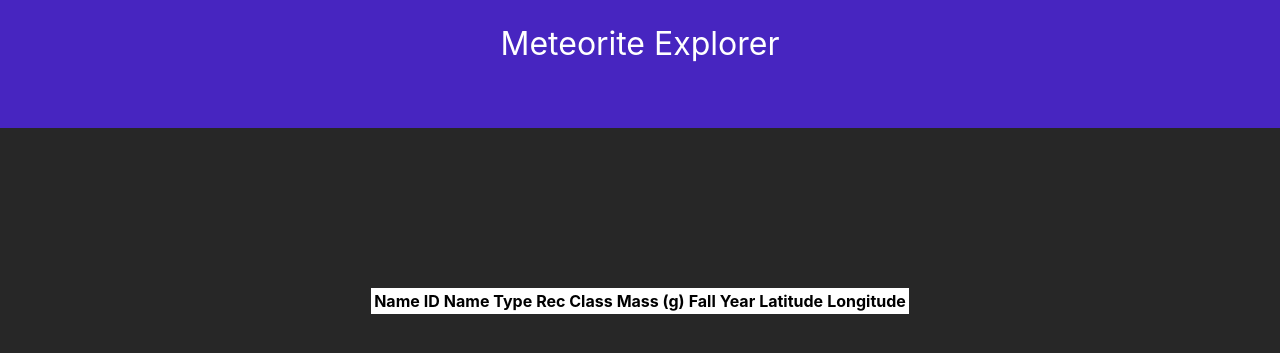
Repository: Tsardines/meteorite-explorer
Page: / (app in meteorite-explorer/)
The author's editor kept a copy of each file at every save. The page is drawn from the files as they stood at one save, then again after the next save.
The browser window is 1280 px wide. The pictures show the whole page.
The page's requests for data from a server got no answer. The project was rebuilt for these pictures with package versions that can differ from the ones it lists, and the page was loaded fresh each time. No one was signed in, and anything a server would have sent is missing.

Above is the page before, as saved 2019-05-27 16:42:36.

After the next save:
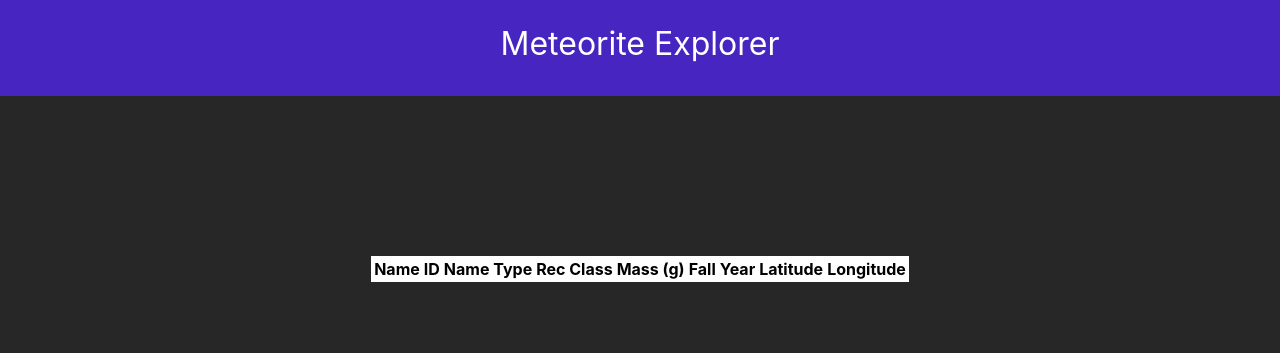
Saved 8 s later.
--- a/meteorite-explorer/src/App.css
+++ b/meteorite-explorer/src/App.css
@@ -6,7 +6,7 @@ body {
   background-color: rgb(71, 37, 192);
   color: white;
   font-size: 2rem;
-  height: 5rem;
+  height: 3rem;
   padding: 1.5rem 0;
   text-align: center;
 }
